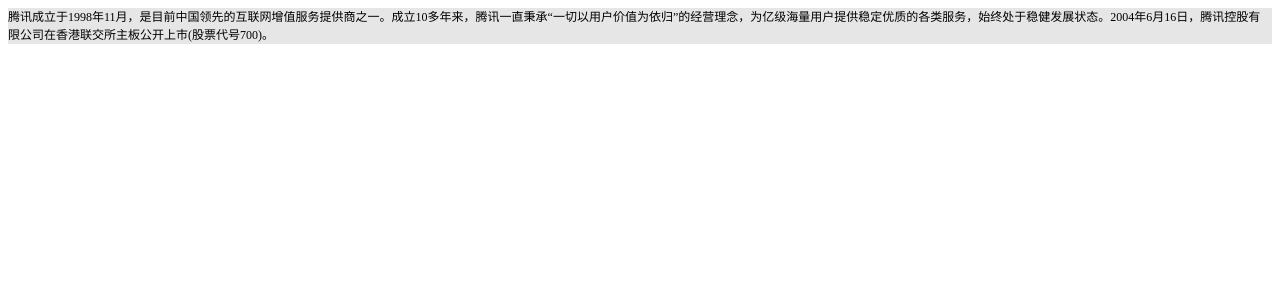
Repository: WAY-C/JSCodes
Page: 笔面试题/编程题/实现超出两行的文本省略并统计顿号分隔开人名个数/index.html
These files come from the project's save history. The page is drawn as it stood at one moment and after the next save; the edit follows.
The browser window is 1280 px wide. The pictures show the whole page.

Above is the page before, as saved 2021-09-12 12:40:31.

### 笔面试题/编程题/实现超出两行的文本省略并统计顿号分隔开人名个数/index.html
<!DOCTYPE html>
<html>

<body>
    <style>
        /*
     * 行高 h
     * 最大行数 n
     * ...更多容器的宽 w
     * 字号 f
     */

        /* @-webkit-keyframes width-change {

            0%,
            100% {
                width: 320px
            }

            50% {
                width: 260px
            }
        } */

        .ellipsis {
            position: relative;
            background: rgb(230, 230, 230);
            /* width: 260px; */
            max-height: 36px;
            /* h*n */
            line-height: 18px;
            /* h */
            overflow: hidden;
            /* -webkit-animation: width-change 8s ease infinite; */
        }

        .ellipsis-container {
            position: relative;
            display: -webkit-box;
            -webkit-box-orient: vertical;
            -webkit-line-clamp: 2;
            /* n */
            font-size: 50px;
            /* w */
            color: transparent;
        }

        .ellipsis-content {
            color: #000;
            display: inline;
            vertical-align: top;
            font-size: 12px;
            /* f */
        }

        .ellipsis-ghost {
            position: absolute;
            z-index: 1;
            top: 0;
            left: 50%;
            width: 100%;
            height: 100%;
            color: #000;
        }

        .ellipsis-ghost:before {
            content: "";
            display: block;
            float: right;
            width: 50%;
            height: 100%;
        }

        .ellipsis-placeholder {
            content: "";
            display: block;
            float: right;
            width: 50%;
            height: 36px;
            /* h*n */
        }

        .ellipsis-more {
            position: relative;
            float: right;
            font-size: 12px;
            /* f */
            width: 50px;
            /* w */
            height: 18px;
            /* h */
            margin-top: -18px;
            /* -h */
        }

    </style>
    <div class="ellipsis">
        <div class="ellipsis-container">
            <div class="ellipsis-content">
                腾讯成立于1998年11月，是目前中国领先的互联网增值服务提供商之一。成立10多年来，腾讯一直秉承“一切以用户价值为依归”的经营理念，为亿级海量用户提供稳定优质的各类服务，始终处于稳健发展状态。2004年6月16日，腾讯控股有限公司在香港联交所主板公开上市(股票代号700)。
            </div>
            <div class="ellipsis-ghost">
                <div class="ellipsis-placeholder"></div>
                <div class="ellipsis-more">...更多</div>
            </div>
        </div>
    </div>
</body>

</html>

After the next save:
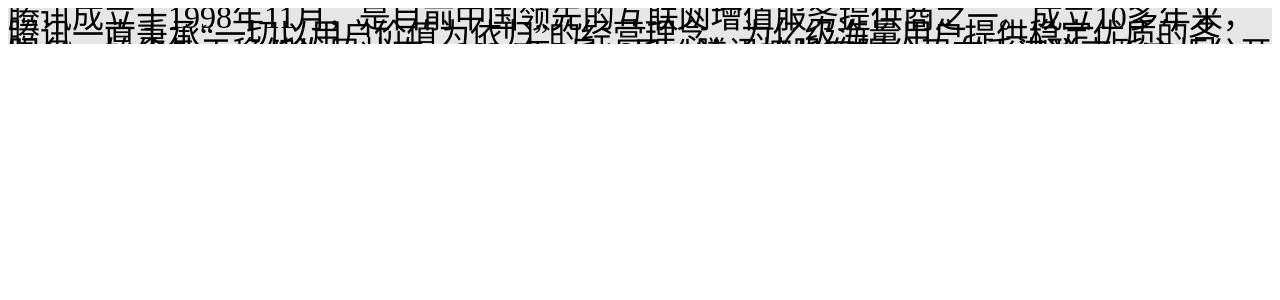
Saved 84 s later.
--- a/笔面试题/编程题/实现超出两行的文本省略并统计顿号分隔开人名个数/index.html
+++ b/笔面试题/编程题/实现超出两行的文本省略并统计顿号分隔开人名个数/index.html
@@ -49,7 +49,7 @@
             color: #000;
             display: inline;
             vertical-align: top;
-            font-size: 12px;
+            font-size: 32px;
             /* f */
         }
 
@@ -83,7 +83,7 @@
         .ellipsis-more {
             position: relative;
             float: right;
-            font-size: 12px;
+            font-size: 32px;
             /* f */
             width: 50px;
             /* w */
